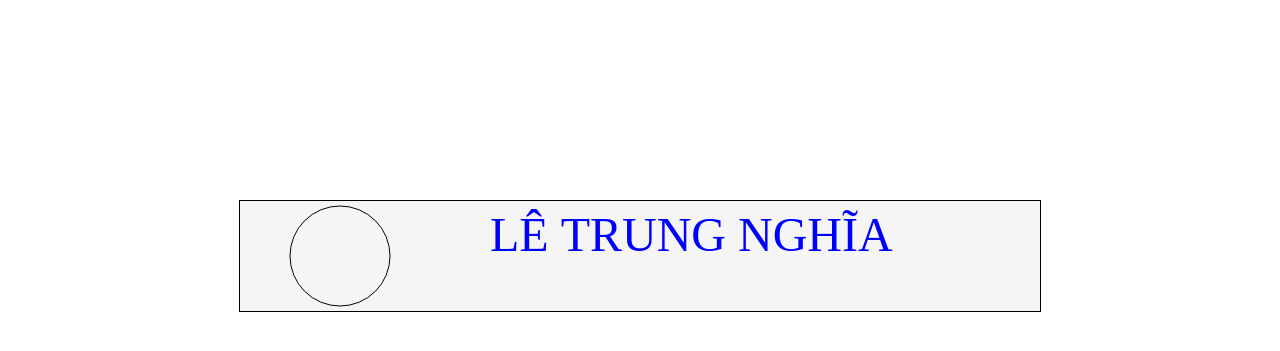
Repository: Nghia19/WEB20022-_00
Page: HTML5_CSS3/bai-4.html
The author's editor kept a copy of each file at every save. The page is drawn from the files as they stood at one save, then again after the next save.
The browser window is 1280 px wide. The pictures show the whole page.

Above is the page before, as saved 2021-06-26 13:33:11.

After the next save:
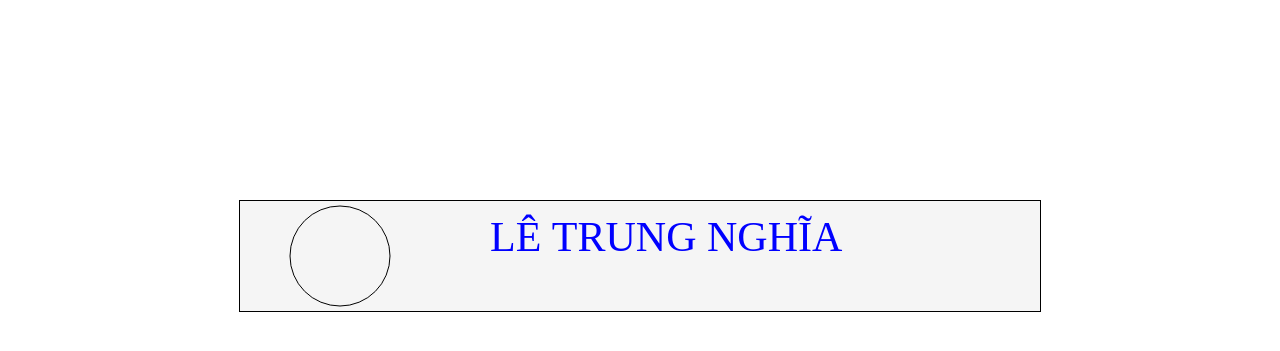
Saved 25 s later.
--- a/HTML5_CSS3/bai-4.html
+++ b/HTML5_CSS3/bai-4.html
@@ -24,7 +24,7 @@
     <script>
       var canvas = document.getElementById("arcexmaple");
       var ctx = canvas.getContext("2d");
-      ctx.font = "48px serif";
+      ctx.font = "42px serif";
       ctx.fillStyle = "blue";
       ctx.fillText("LÊ TRUNG NGHĨA", 250, 50);
       ctx.beginPath();
